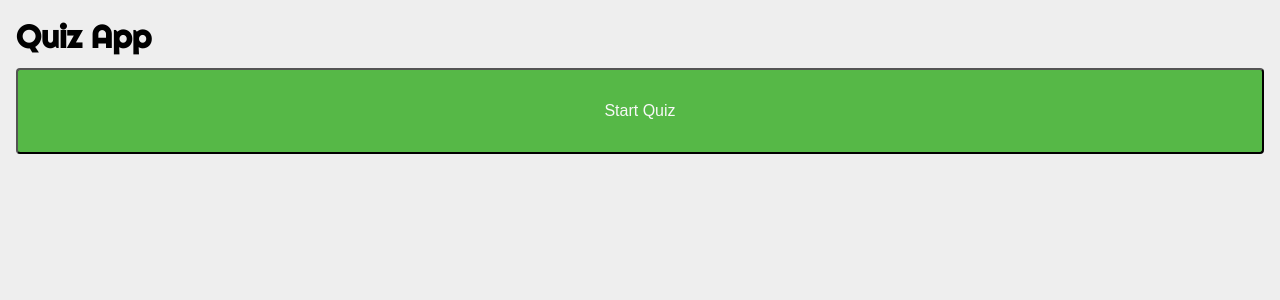
Repository: alemunden/Trash-Scavengers
Page: /QuizBegin
The author's editor kept a copy of each file at every save. The page is drawn from the files as they stood at one save, then again after the next save.
The browser window is 1280 px wide. The pictures show the whole page.
The project was rebuilt for these pictures with package versions that can differ from the ones it lists, and the page was loaded fresh each time. The framework's server and built-in components were replaced by stand-ins that run in the browser. Also part of the build but not shown: next.config.mjs.

Above is the page before, as saved 2024-04-07 19:22:04.

After the next save:
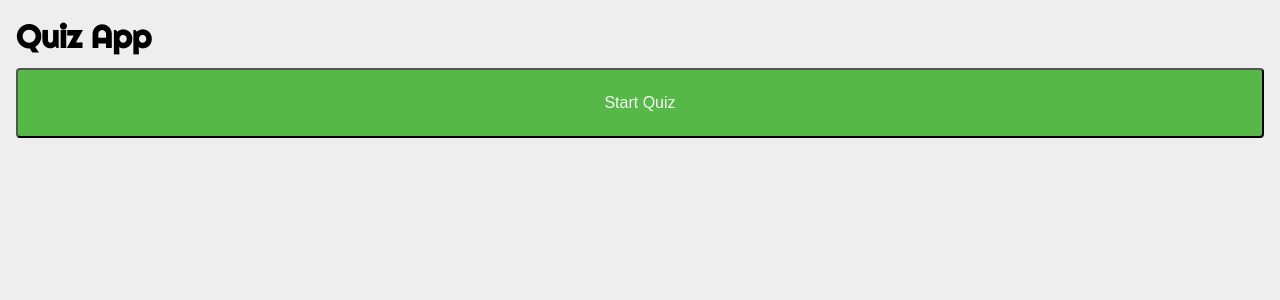
Saved 6 s later.
--- a/components/Button/Button.module.css
+++ b/components/Button/Button.module.css
@@ -1,5 +1,5 @@
 .button {
-    padding: 2rem;
+    padding: 1.5rem;
     border-radius: 2rem;
     width: 100%;
     margin-top: 12px;
